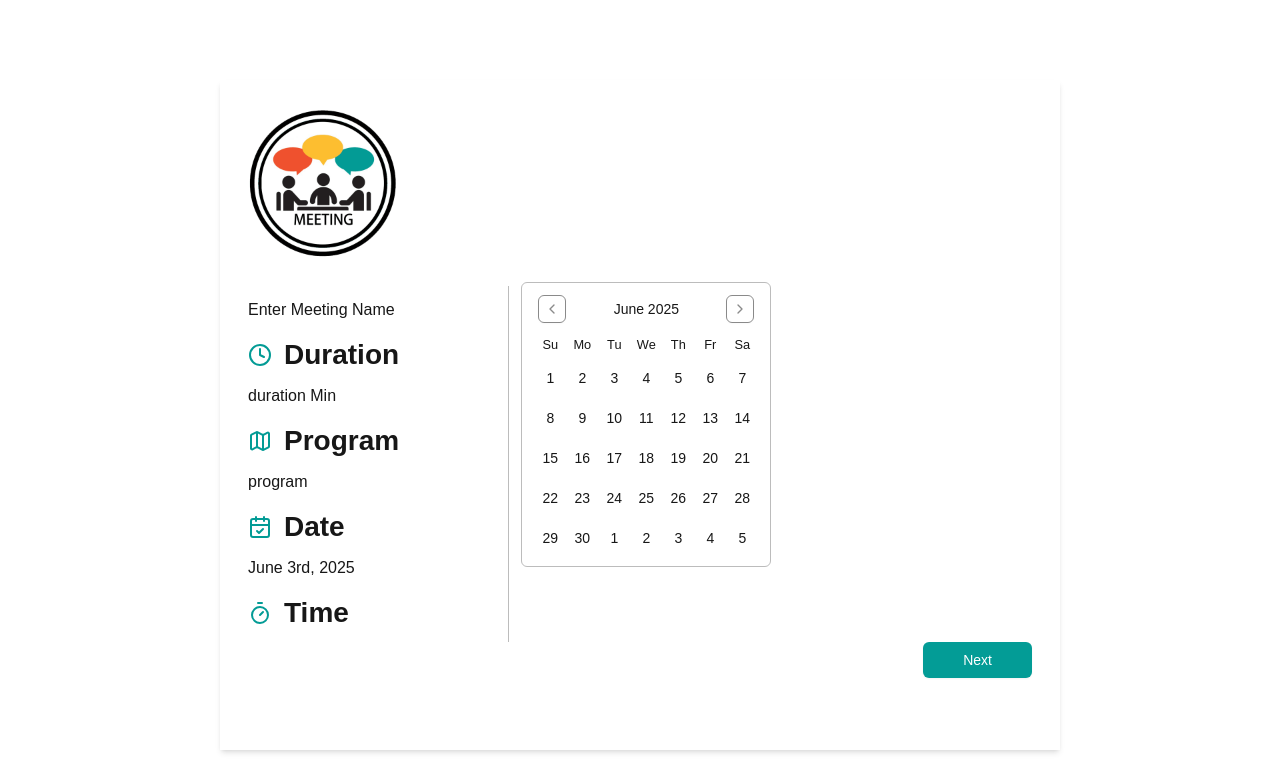
Repository: walaa-horani/scheduleMeetingNextjs
Page: /dashboard/schedule-meeting
These files come from the project's save history. The page is drawn as it stood at one moment and after the next save; the edit follows.
The browser window is 1280 px wide. The pictures show the whole page.
The page's requests for data from a server got no answer. The project was rebuilt for these pictures with package versions that can differ from the ones it lists, and the page was loaded fresh each time. The framework's server and built-in components were replaced by stand-ins that run in the browser. No one was signed in, and anything a server would have sent is missing. Also part of the build but not shown: next.config.mjs, app/(routes)/[meeting]/_components/UserForm.js.

Above is the page before, as saved 2025-06-03 21:46:26.

After the next save:
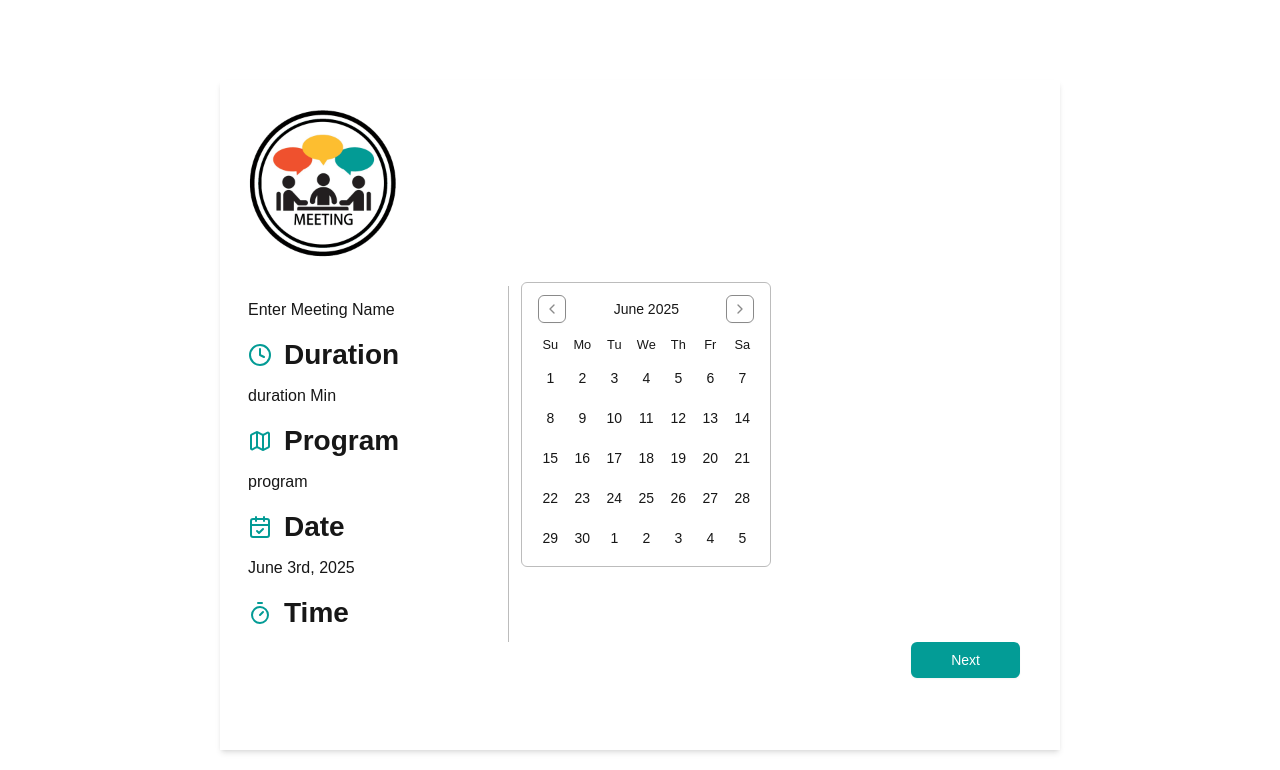
Saved 11 s later.
--- a/app/(routes)/[meeting]/_components/MeetingDataTime.js
+++ b/app/(routes)/[meeting]/_components/MeetingDataTime.js
@@ -114,7 +114,7 @@ const [date,setDate]= useState(new Date())
 
           <div className='mb-20 '>
           {step==2&&  <Button onClick={()=> setStep(1)} className="float-right px-10 text-white">Back</Button>}
-            <Button onClick={()=>setStep(step+1)} className="float-right px-10 text-white">{step==1?"Next": "Schedule"}</Button>
+            <Button onClick={()=>setStep(step+1)} className="float-right px-10 mr-3 text-white">{step==1?"Next": "Schedule"}</Button>
           </div>
          </div>
 
